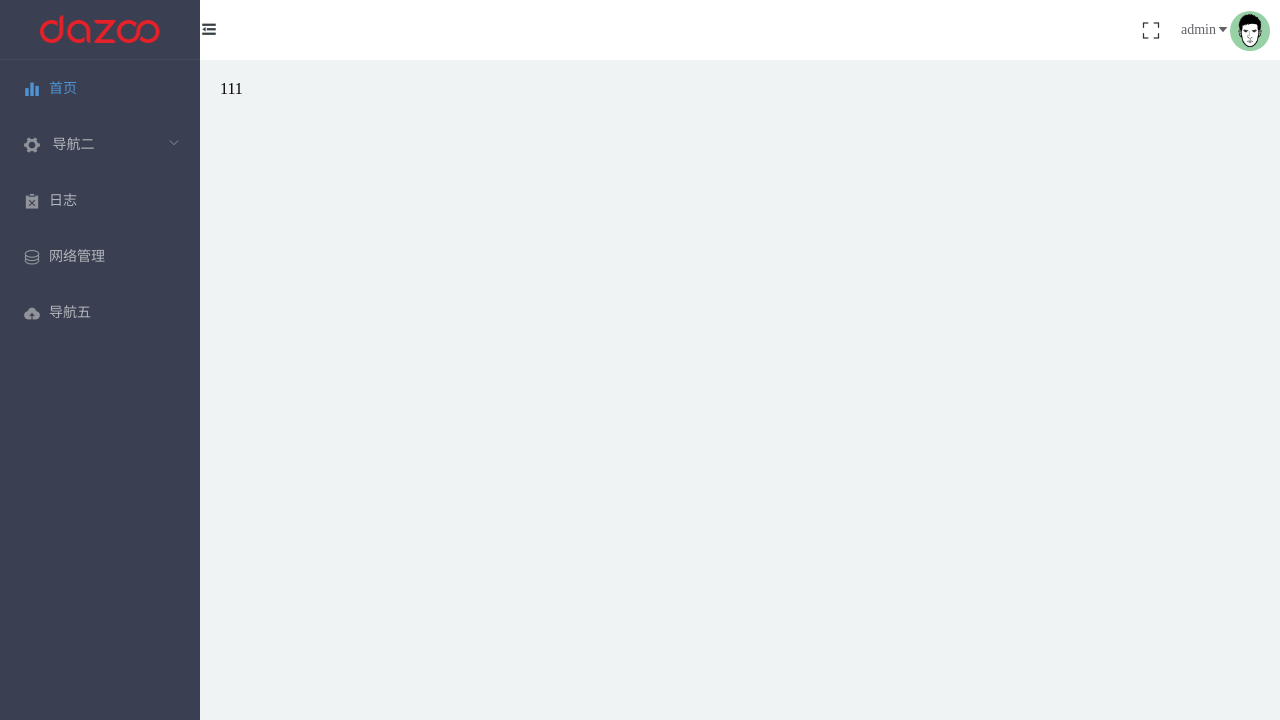
Repository: TomGodb/dazoo-admin
Page: /#/Home
An editor plug-in stored every save of this project. The page is shown before and after the next save, followed by the edit.
The browser window is 1280 px wide. The pictures show the whole page.
The project was rebuilt for these pictures with package versions that can differ from the ones it lists, and the page was loaded fresh each time. Also part of the build but not shown: vue.config.js, src/components/SlideVerify/index.vue, src/utils/request.js, src/views/login/http.js, src/views/login/index.vue.

Above is the page before, as saved 2021-01-23 11:02:45.

After the next save:
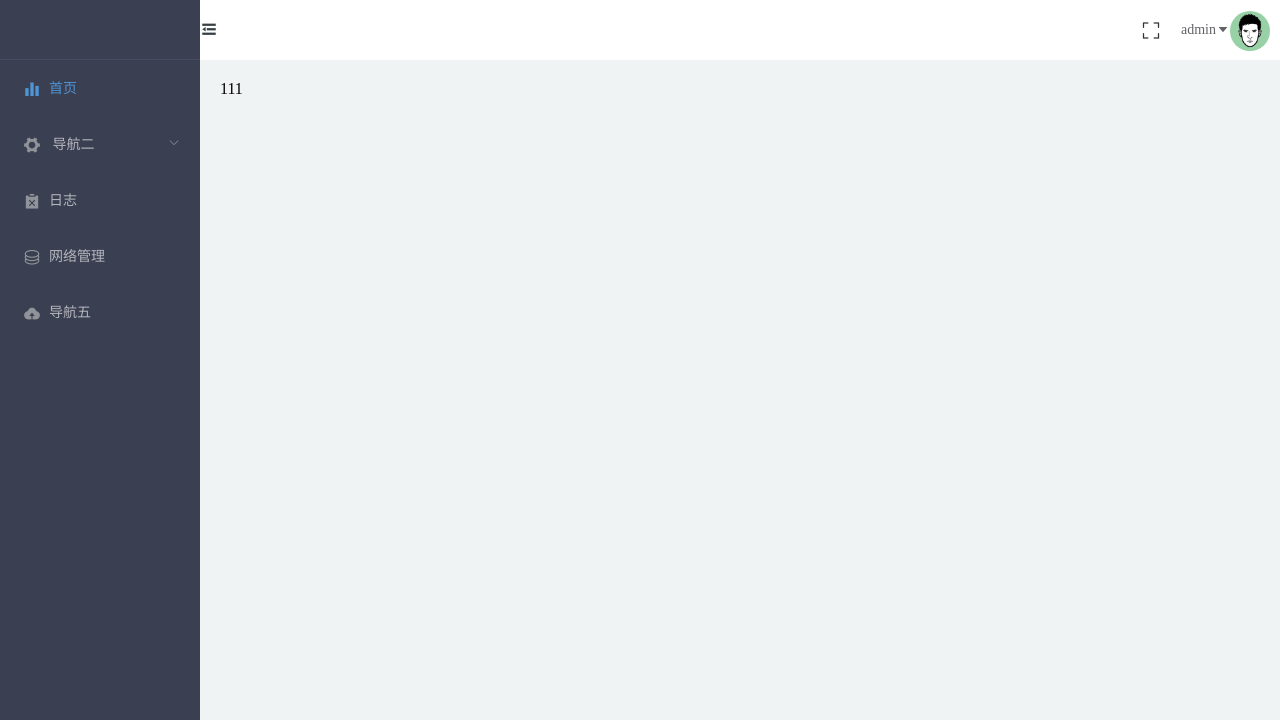
Saved 114 s later.
--- a/src/Home/Header/logo.vue
+++ b/src/Home/Header/logo.vue
@@ -1,8 +1,9 @@
 <template>
   <div>
     <div class="header_l" :style="{ width: opened ? '64px' : '200px' }">
-      <img v-if="opened" src="@a/ImgSrc/Home-logo/dazoo-logo.png" alt="logo" />
-      <img v-else src="@a/ImgSrc/Home-logo/logo.jpg" alt="logo" />
+      <!-- <img v-if="opened" src="@a/ImgSrc/Home-logo/dazoo-logo.png" alt="logo" />
+      <img v-else src="@a/ImgSrc/Home-logo/logo.jpg" alt="logo" /> -->
+       <img v-if="opened" :src="require('@a/ImgSrc/Home-logo/dazoo-logo.png')" alt="logo" />
     </div>
   </div>
 </template>
